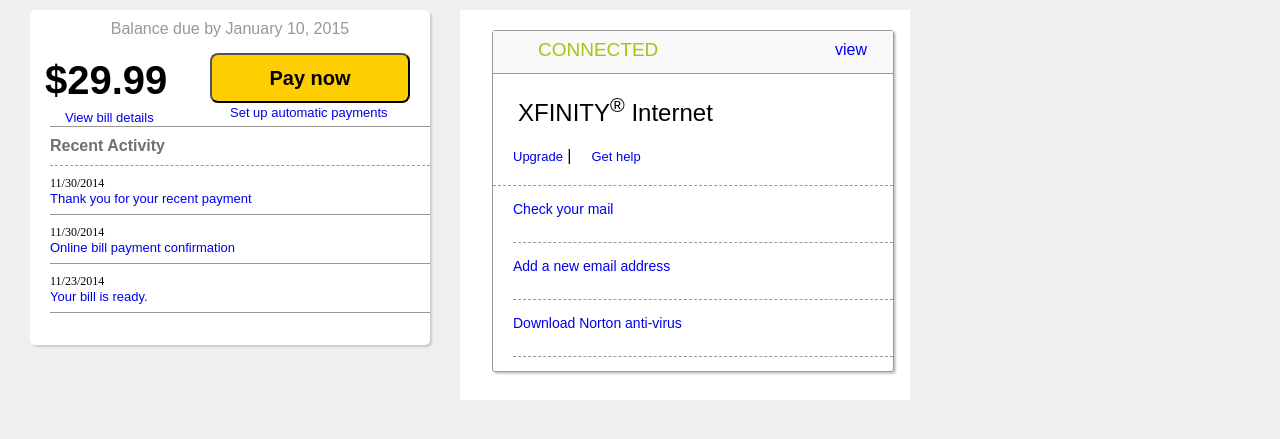
Repository: Sakivaday/UI-TSQ
Page: Aptana Studio 3 Workspace/tsq/assignment3/comcast.html
An editor plug-in stored every save of this project. The page is shown before and after the next save, followed by the edit.
The browser window is 1280 px wide. The pictures show the whole page.
Pictures or frames that could not be fetched are drawn as grey boxes.

Above is the page before, as saved 2015-01-20 04:47:12.

### Aptana Studio 3 Workspace/tsq/assignment3/comcast.html
<!DOCTYPE html>
<html>
	<head>
		<title>comcast</title>
		<link href="new_file.css" rel="stylesheet" type="text/css" media="all"/>
		</head>

	<body>
	<div class="left">
        <p class="balancedue">Balance due by January 10, 2015</p>
        <div class="border">
		<div class="left1">
			<h1 class="pay">$29.99</h1>
			<a href ="#">View bill details</a>
			</div>
			<div class="left2">
				<button>Pay now</button>
				<a href="#">Set up automatic payments</a>
			</div></div>

				<div class="leftbottom1">
					<p class="recent">Recent Activity</p>
					</div>

		   <div class="leftbottom2">
		   	<ul>
		   		<li>
			<p class="date">11/30/2014</p>
			<a href="#">Thank you for your recent payment</a>
		<li>
			<p class="date">11/30/2014</p>
			<a href="#">Online bill payment confirmation</a>
		</li>
		<li>
			<p class="date">11/23/2014</p>
			<a href="#">Your bill is ready.</a>
		</li>
		</ul>
		</div>
		</div>


<div class="right">
	<div class="box">
		<div class="right1">
			<div class="tickmark"><h2 class="connected">CONNECTED</h2></div>
			<a href="#">view</a>
		</div>
		<div class="rightbottom1">
			<h2>XFINITY<sup>&reg;</sup> Internet</h2>
			<a href="#">Upgrade</a>      |<a href="#">Get help</a>
		</div>
		<div class="rightbottom2">
			<ul>
				<li>
					<a href="#" >Check your mail</a>
				</li>
				<li>
					<a href="#">Add a new email address</a>
				</li>
				<li>
					<a href="#">Download Norton anti-virus</a>
				</li>
			</ul>
			</div>

	</div>
	</div>

<div class="bottom">
	<div class="rectbox">

	</div>

</div>

### Aptana Studio 3 Workspace/tsq/assignment3/new_file.css
*{
	padding:0px;
	margin:0px;
	font-family: "Arial";
	text-decoration: none;
	list-style: none;
}

body{
	background-color: #efefef;
}
.left{
	float:left;
	background-color: white;
	margin-top:10px;
	margin-left: 30px;
	box-shadow: 2px 2px 2px #cacaca;
	width: 400px;
	height: 335px;
	border-radius: 5px;
}
.balancedue{
	color: #989896;
	text-align: center;
	padding-top: 10px;
}
.left1{
	float: left;
	margin-left: 15px;
	margin-top: 20px;
	width: 45%;

}
.left2{
	float: left;
	margin-left: 180px;
	margin-top: -73px;
    width: 45%;
}
.pay{
	font-size: 40px;
	padding-bottom: 5px;
}
.left .border .left1 a{
	font-size: 13px;
	margin-left: 20px;
	padding-bottom: 10px;
}
button{
	background-color: #fece00;
	width: 200px;
	height: 50px;
	border-radius: 8px;
	font-weight: bold;
	font-size: 20px;
}
.left2 a{
	font-size: 13px;
	padding-top: 5px;
	margin-left: 20px;
	padding-bottom: 10px;
}
.border{
	padding-bottom:20px;
	margin-bottom: 20px;

}
.leftbottom1{
    border-bottom: 1px dashed #989896;
    clear: both;
    border-top: 1px solid #989896;
    margin-left: 20px;
    margin-top: 10px;
    padding-top: 10px;
    padding-bottom: 10px;
    color: #989896;
}
.recent{
	color: #70706e;
	font-weight: bold;
}
.date{
	font-family: "italic";
	font-size: 12px;
	margin-left: 20px;
	padding-top: 10px;
}
.leftbottom2 ul li a{
	font-size: 13px;
	border-bottom: 1px solid #989896;
	margin-left: 20px;
	padding-bottom: 8px;
	display: inherit;
}
.right{
	float:left;
	background-color: white;
	margin-top:10px;
	margin-left: 30px;
	width: 450px;
	height: 390px;
}
.box{
	border: 1px solid #989896;
	background-color: white;
	margin-top:20px;
	margin-left: 32px;
	box-shadow: 2px 2px 2px #cacaca;
	width: 400px;
	height: 340px;
	border-radius: 3px;
}
.tickmark{
	background: url('pictures/sprite.png') no-repeat;
	width:32px;
	height:32px;
	background-position: -116px -1227px;
	margin:5px;
	float: left;
}
.connected{
	margin-left: 40px;
	margin-top: 3px;
	color: #a2c513;
	font-weight:300;
	font-size: 19px;
}
.right .box .right1 a {
	float: left;
	margin-left: 300px;
	margin-top: 10px;
}
.right .box .right1{
	background-color: #f9f9f9;
	border-bottom: 1px solid #989896;
	display: flex ;
}
.rightbottom1 h2{
	margin-left: 25px;
	font-weight:300;
	padding-top: 20px;
	padding-bottom: 20px;
}
.rightbottom1 a{
	margin-left: 20px;
	font-size: 13px;
}
.rightbottom1{
	border-bottom: 1px dashed #989896;
	padding-bottom: 20px;
}
.rightbottom2 ul li a{
	margin-left: 20px;
	padding-top: 15px;
	padding-bottom: 25px;
	font-size: 14px;
	display: inherit;
	border-bottom: 1px dashed #989896;
}

After the next save:
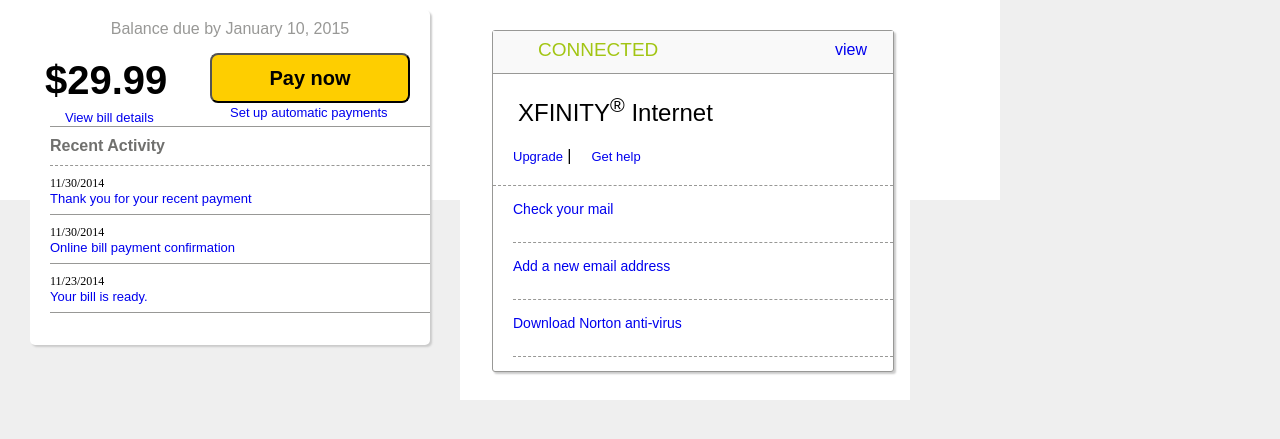
Saved 99 s later.
--- a/Aptana Studio 3 Workspace/tsq/assignment3/new_file.css
+++ b/Aptana Studio 3 Workspace/tsq/assignment3/new_file.css
@@ -157,3 +157,11 @@
 	display: inherit;
 	border-bottom: 1px dashed #989896;
 }
+.bottom{
+	background-color: white;
+	height: 200px;
+	width: 1000px;
+}
+.rectbox{
+
+}
